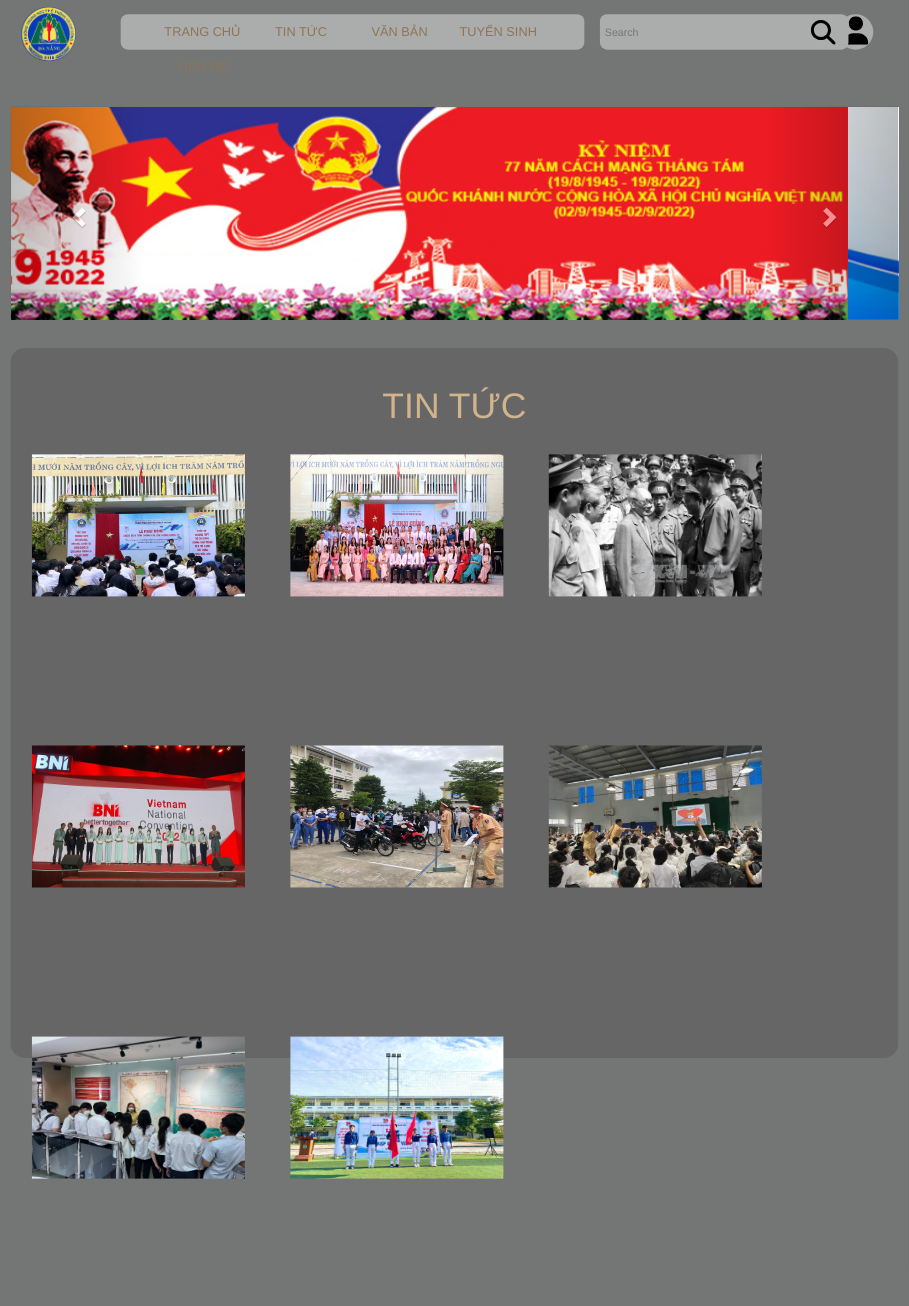
Repository: dphasst17/THPTVCC
Page: index.html
An editor plug-in stored every save of this project. The page is shown before and after the next save, followed by the edit.
The browser window is 1280 px wide. The pictures show the whole page, at 71% of full size.

Above is the page before, as saved 2022-10-02 20:50:44.

After the next save:
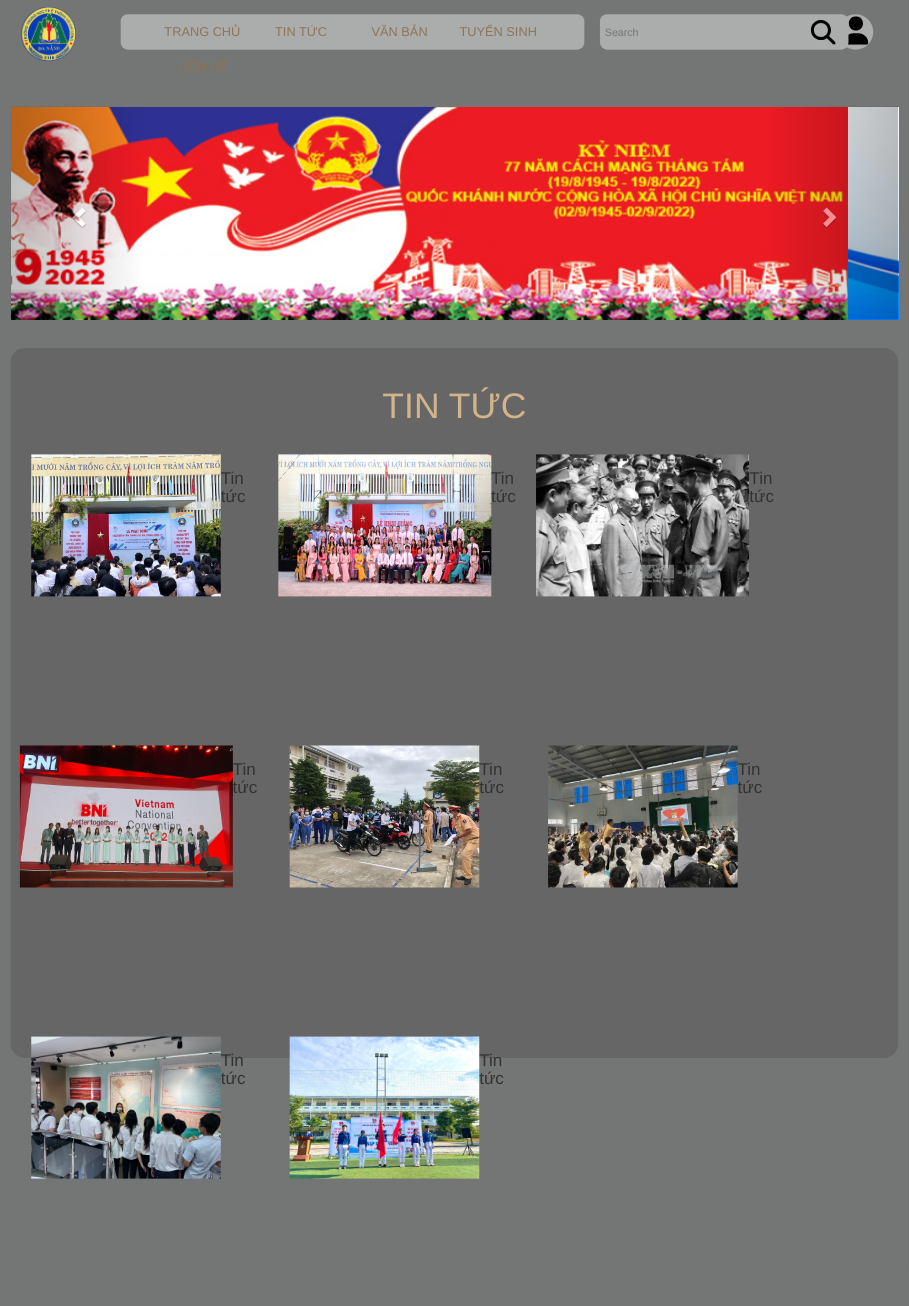
Saved 41 s later.
--- a/index.html
+++ b/index.html
@@ -81,42 +81,42 @@
             <h1><br/>TIN TỨC</h1>
             <div class="new_container">
                 <img src="img/tintuc/1.jpg" alt="">
-                <a></a>
+                <h3>Tin tức</h3>
             </div>
 
             <div class="new_container">
                 <img src="img/tintuc/2.jpg" alt="">
-                <a></a>
+                <h3>Tin tức</h3>
             </div>
 
             <div class="new_container">
                 <img src="img/tintuc/3.jpg" alt="">
-                <a></a>
+                <h3>Tin tức</h3>
             </div>
 
             <div class="new_container">
                 <img src="img/tintuc/5.jpg" alt="">
-                <a></a>
+                <h3>Tin tức</h3>
             </div>
 
             <div class="new_container">
                 <img src="img/tintuc/4.jpg" alt="">
-                <a></a>
+                <h3>Tin tức</h3>
             </div>
 
             <div class="new_container">
                 <img src="img/tintuc/6.jpg" alt="">
-                <a></a>
+                <h3>Tin tức</h3>
             </div>
 
             <div class="new_container">
                 <img src="img/tintuc/7.jpg" alt="">
-                <a></a>
+                <h3>Tin tức</h3>
             </div>
 
             <div class="new_container">
                 <img src="img/tintuc/8.jpg" alt="">
-                <a></a>
+                <h3>Tin tức</h3>
             </div>
 
         </div>
